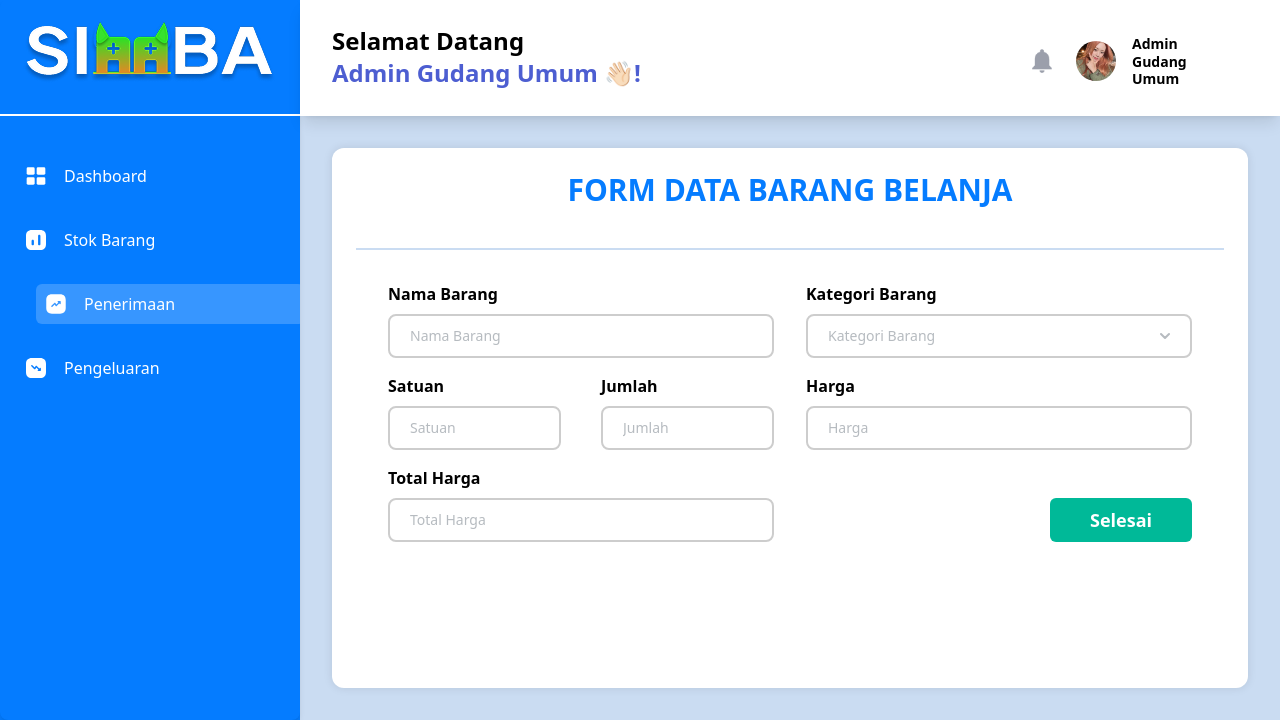
Repository: Gokerwow/inventory-fe
Page: /penerimaan/tambah/barang-belanja
An editor plug-in stored every save of this project. The page is shown before and after the next save, followed by the edit.
The browser window is 1280 px wide. The pictures show the whole page.
The project was rebuilt for these pictures with package versions that can differ from the ones it lists, and the page was loaded fresh each time. Also part of the build but not shown: vite.config.ts, src/components/lineChart.tsx, src/pages/dashboard.tsx, src/pages/stokBarang.tsx, src/components/pagination.tsx, src/components/PenerimaanTable.tsx, src/components/RiwayatPenerimaanTable.tsx, src/pages/penerimaan.tsx and 4 more.

Above is the page before, as saved 2025-10-28 12:25:52.

After the next save:
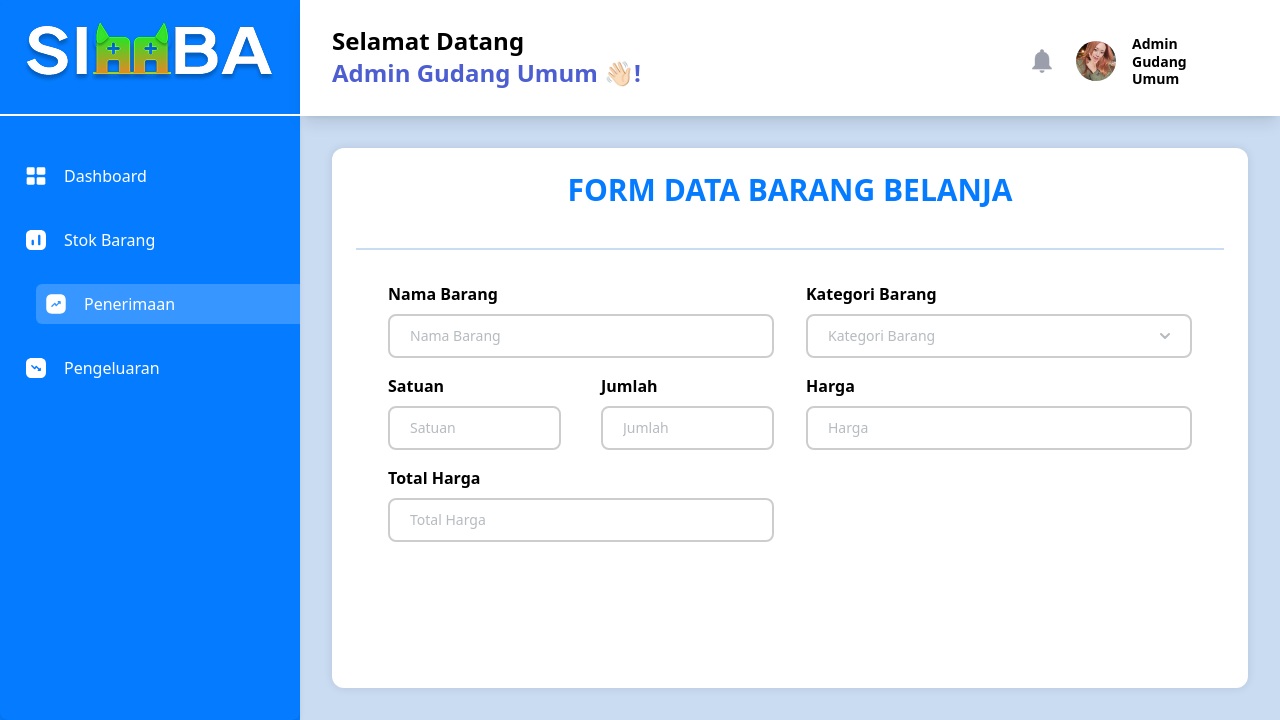
Saved 2 min 6 s later.
--- a/src/components/buttonConfirm.tsx
+++ b/src/components/buttonConfirm.tsx
@@ -16,7 +16,7 @@
     type = "button"
 }: ButtonConfirmProps) {
 
-    const classes = `bg-[#00b998] px-10 py-2 rounded-md text-white self-end font-bold text-lg cursor-pointer active:scale-95 hover:bg-[#02ad8d] transition-all duration-200 hover:scale-110 ${className}`;
+    const classes = `hover:bg-[#00b998] text-black hover:text-white border-2 px-10 py-2 rounded-md text-white self-end font-bold text-lg cursor-pointer active:scale-95  transition-all duration-200 hover:scale-110 ${className}`;
 
     if (to) {
         return (

After the 2 saves that followed:
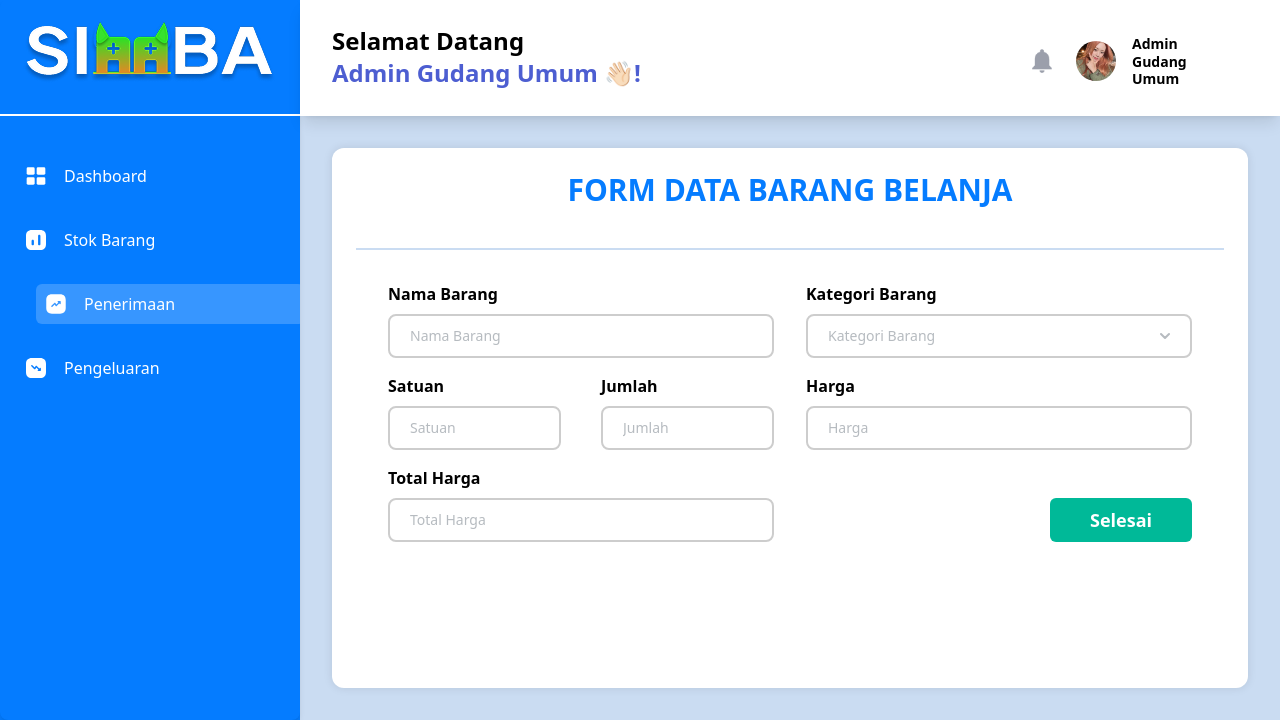
The 2 saves are shown as one change because 1 left the picture as it was.
The last was saved 67 s later.
--- a/src/components/buttonConfirm.tsx
+++ b/src/components/buttonConfirm.tsx
@@ -16,7 +16,7 @@
     type = "button"
 }: ButtonConfirmProps) {
 
-    const classes = `hover:bg-[#00b998] text-black hover:text-white border-2 px-10 py-2 rounded-md text-white self-end font-bold text-lg cursor-pointer active:scale-95  transition-all duration-200 hover:scale-110 ${className}`;
+    const classes = `bg-[#00b998] px-10 py-2 rounded-md text-white self-end font-bold text-lg cursor-pointer active:scale-95 hover:bg-[#02ad8d] transition-all duration-200 hover:scale-110 ${className}`;
 
     if (to) {
         return (
